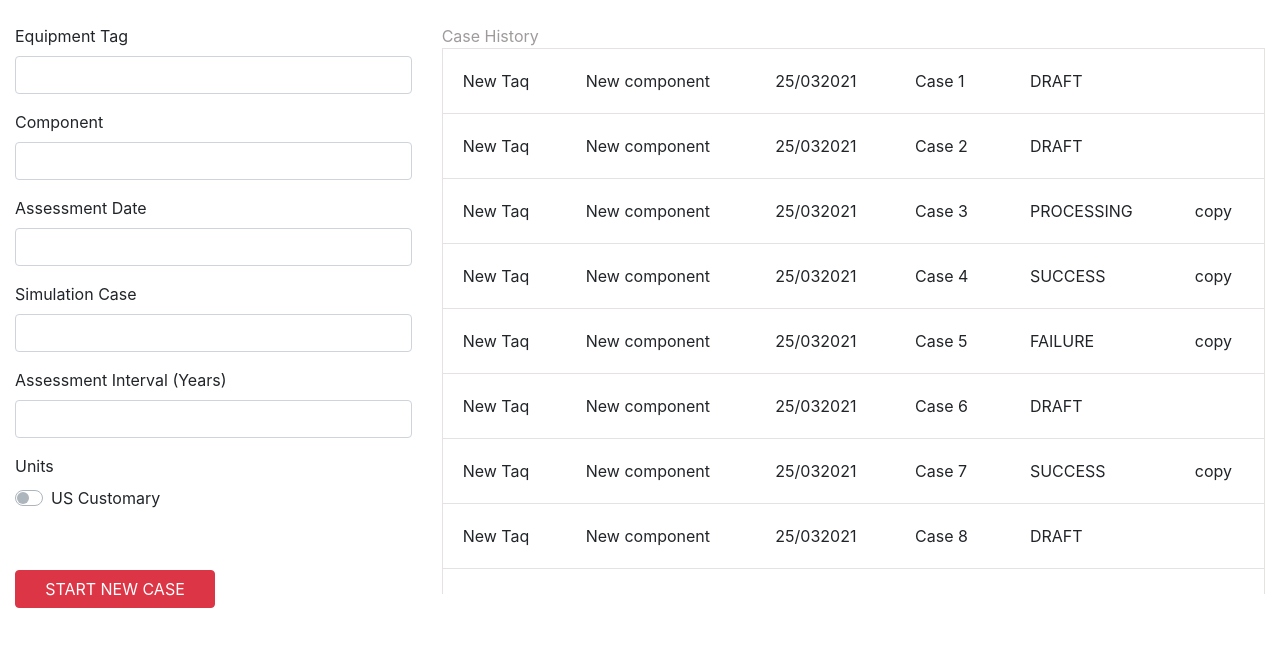
Repository: arif286/dashboard
Page: /
These files come from the project's save history. The page is drawn as it stood at one moment and after the next save; the edit follows.
The browser window is 1280 px wide. The pictures show the whole page.
An inner scrolling area shows only its first screen. The project was rebuilt for these pictures with package versions that can differ from the ones it lists, and the page was loaded fresh each time. The framework's server and built-in components were replaced by stand-ins that run in the browser. Also part of the build but not shown: nuxt.config.js, components/Nav.vue.

Above is the page before, as saved 2021-06-18 19:32:03.

### components/Form.vue
<template>
  <div>
    <form class="Assessment-input" action="">
      <div class="mb-3">
        <label for="Input1" class="form-label">Equipment Tag</label>
        <input id="Input1" type="text" class="form-control">
      </div>
      <div class="mb-3">
        <label for="Input2" class="form-label">Component</label>
        <input id="Input2" type="text" class="form-control">
      </div>
      <div class="mb-3">
        <label for="Input3" class="form-label">Assessment Date</label>
        <input id="Input3" type="text" class="form-control">
      </div>
      <div class="mb-3">
        <label for="Input4" class="form-label">Simulation Case</label>
        <input id="Input4" type="text" class="form-control">
      </div>
      <div class="mb-3">
        <label for="Input5" class="form-label">Assessment Interval (Years)</label>
        <input id="Input5" type="text" class="form-control">
      </div>
      <div>
        <label for="Input5" class="form-label">Units</label>
        <b-form-checkbox v-model="checked" name="check-button" switch>
          US Customary
        </b-form-checkbox>
      </div>
      <b-button class="submit-button" type="submit" variant="danger">
        START NEW CASE
      </b-button>
    </form>
  </div>
</template>
<script>
export default {
  data () {
    return {
      form: {
        email: '',
        name: '',
        food: null,
        checked: []
      },
      foods: [
        { text: 'Select One', value: null },
        'Carrots',
        'Beans',
        'Tomatoes',
        'Corn'
      ],
      show: true,
      checked: false
    }
  },
  methods: {
    onSubmit (event) {
      event.preventDefault()
      alert(JSON.stringify(this.form))
    }
  }
}
</script>
<style>
.submit-button {
  width: 200px;
  margin-top: 60px;
}
.Assessment-input input:focus {
  border-color: red;
  box-shadow: none;
}
</style>

### components/Table.vue
<template>
  <div class="table-contain">
    <p class="title">
      Case History
    </p>
    <table class="w-100 table-border">
      <tbody>
        <tr v-for="item in data" :key="item.id">
          <td>{{ item.equipmentTag }}</td>
          <td>{{ item.component }}</td>
          <td>{{ item.assessmentDate }}</td>
          <td>Case {{ item.case }}</td>
          <td>{{ item.status }}</td>
          <td :class="item.copy ? copy-btn : ''">
            {{ item.copy ? 'copy' : '' }}
          </td>
        </tr>
      </tbody>
    </table>
  </div>
</template>

<script>
export default {
  props: {
    data: {
      type: Array,
      required: true
    }
  }
}
</script>
<style scoped>

.table-border tr{
 border: 1px solid #e6e2e2;
}
.table-border td{
  padding: 20px;
}
.title{
  margin-bottom: 0px;
  color: #a09b9b;
}
.table-contain {
  height: 570px;
  overflow-y: scroll;
}
.copy-btn{
  background-color: gold;
}
</style>

### pages/index.vue
<template>
  <div class="container">
    <div class="row mt-4">
      <div class="col-4">
        <Form />
      </div>
      <div class="col-8">
        <Table :data="dashboardData" />
      </div>
    </div>
  </div>
</template>

<script>
import { dashboardData } from '@/assets/dashboard.js'
// eslint-disable-next-line semi
export default {
  data () {
    return { dashboardData }
  }
}
</script>

<style>
.container {
  max-width: 1760px;
}
</style>

### assets/dashboard.js
export const dashboardData = [
  {
    id: 1,
    equipmentTag: 'New Taq',
    component: 'New component',
    assessmentDate: '25/032021',
    case: 1,
    status: 'DRAFT'
  },
  {
    id: 2,
    equipmentTag: 'New Taq',
    component: 'New component',
    assessmentDate: '25/032021',
    case: 2,
    status: 'DRAFT'
  },
  {
    id: 3,
    equipmentTag: 'New Taq',
    component: 'New component',
    assessmentDate: '25/032021',
    case: 3,
    status: 'PROCESSING',
    copy: true
  },
  {
    id: 4,
    equipmentTag: 'New Taq',
    component: 'New component',
    assessmentDate: '25/032021',
    case: 4,
    status: 'SUCCESS',
    copy: true
  },
  {
    id: 5,
    equipmentTag: 'New Taq',
    component: 'New component',
    assessmentDate: '25/032021',
    case: 5,
    status: 'FAILURE',
    copy: true
  },
  {
    id: 6,
    equipmentTag: 'New Taq',
    component: 'New component',
    assessmentDate: '25/032021',
    case: 6,
    status: 'DRAFT'
  },
  {
    id: 7,
    equipmentTag: 'New Taq',
    component: 'New component',
    assessmentDate: '25/032021',
    case: 7,
    status: 'SUCCESS',
    copy: true
  },
  {
    id: 8,
    equipmentTag: 'New Taq',
    component: 'New component',
    assessmentDate: '25/032021',
    case: 8,
    status: 'DRAFT'
  },
  {
    id: 9,
    equipmentTag: 'New Taq',
    component: 'New component',
    assessmentDate: '25/032021',
    case: 9,
    status: 'DRAFT'
  },
  {
    id: 10,
    equipmentTag: 'New Taq',
    component: 'New component',
    assessmentDate: '25/032021',
    case: 10,
    status: 'DRAFT'
  }
]

Loaded but not shown: layouts/default.vue (common file)

After the next save:
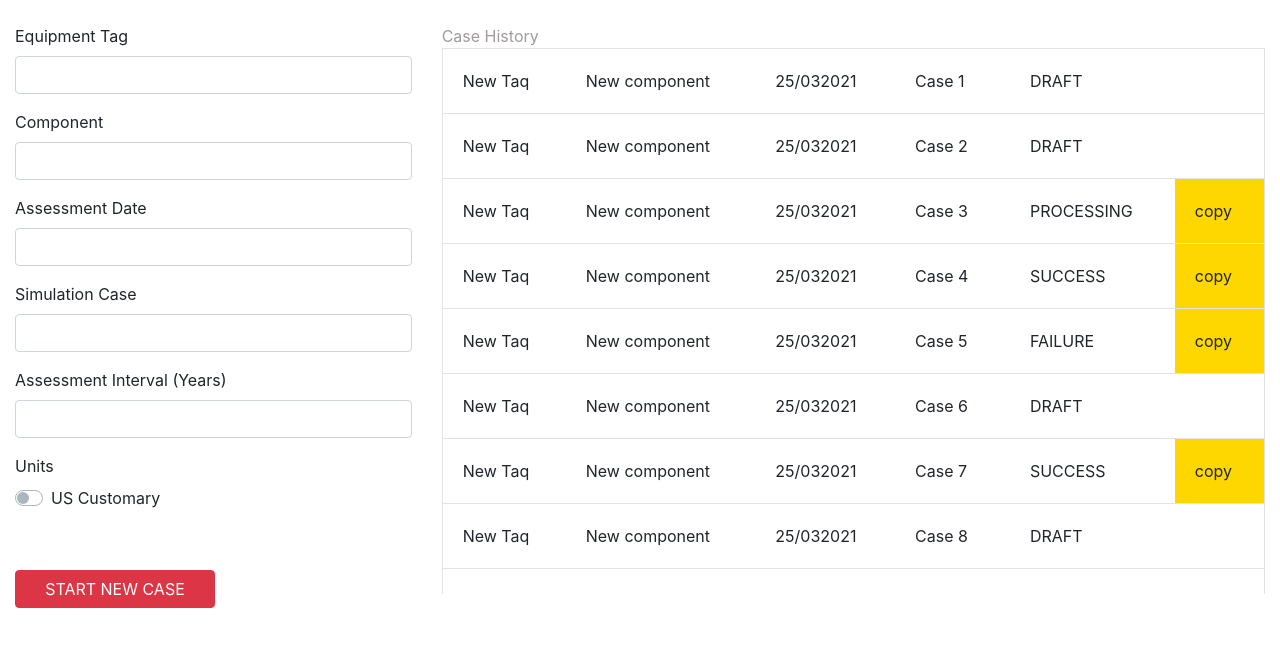
Saved 19 s later.
--- a/components/Table.vue
+++ b/components/Table.vue
@@ -11,7 +11,7 @@
           <td>{{ item.assessmentDate }}</td>
           <td>Case {{ item.case }}</td>
           <td>{{ item.status }}</td>
-          <td :class="item.copy ? copy-btn : ''">
+          <td :class="item.copy ? 'copy-btn' : ''">
             {{ item.copy ? 'copy' : '' }}
           </td>
         </tr>
